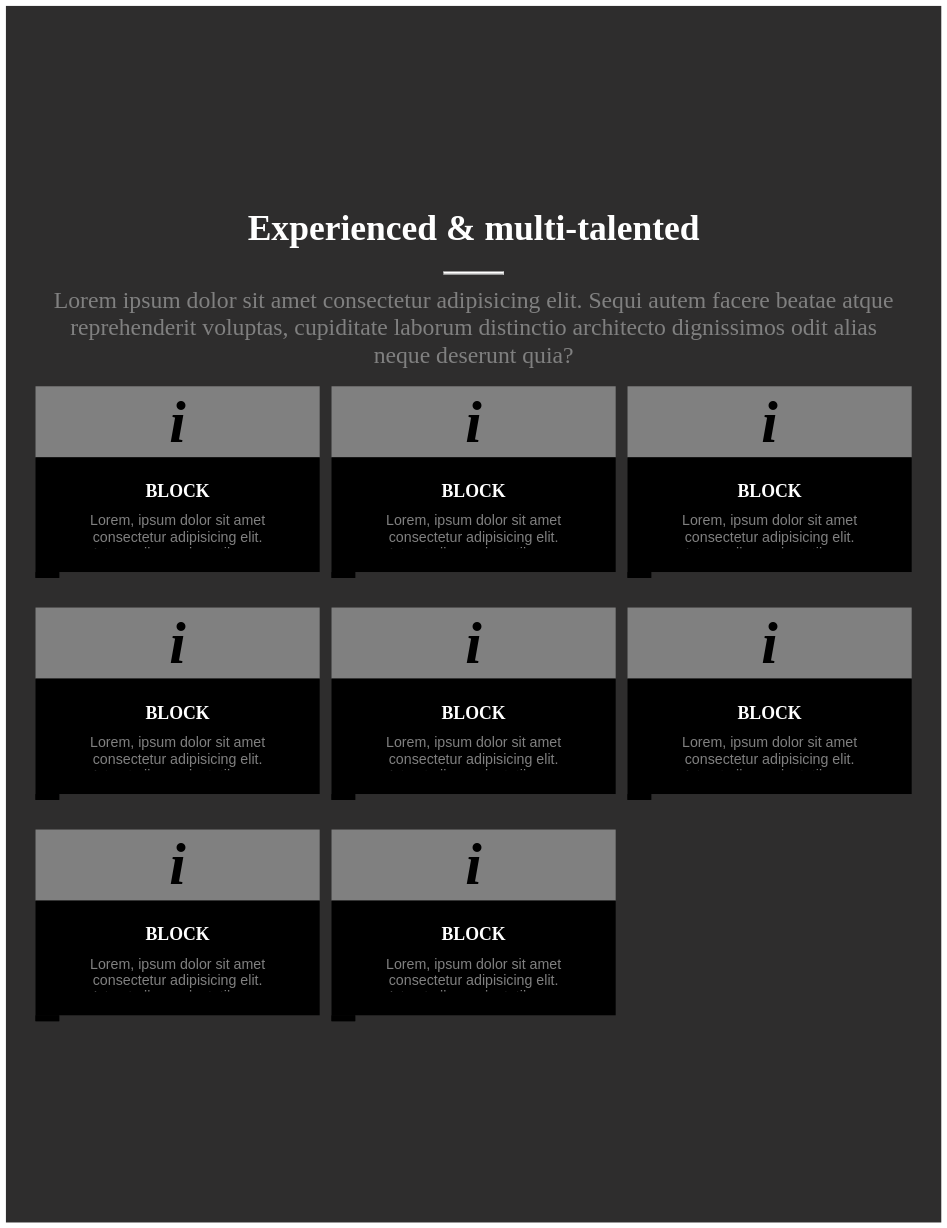
Repository: MohmdMHR/limesharp-test
Page: /
These files come from the project's save history. The page is drawn as it stood at one moment and after the next save; the edit follows.
The browser window is 1280 px wide. The pictures show the whole page, at 74% of full size.
The project was rebuilt for these pictures with package versions that can differ from the ones it lists, and the page was loaded fresh each time. Also part of the build but not shown: vue.config.js.

Above is the page before, as saved 2022-07-20 18:02:56.

### src/main.js
import Vue from "vue";
import Main from "./Main.vue";

Vue.config.productionTip = false;

new Vue({
  render: (h) => h(Main),
}).$mount("#app");

### src/Main.vue
<template>
  <div class="main container">
    <h1 class="main-title">Experienced & multi-talented</h1>
    <hr class="spacer" />
    <div class="main-content">
      Lorem ipsum dolor sit amet consectetur adipisicing elit. Sequi autem
      facere beatae atque reprehenderit voluptas, cupiditate laborum distinctio
      architecto dignissimos odit alias neque deserunt quia?
    </div>
    <div class="cards-container">
      <card
        v-for="(card, index) in numberOfCards"
        :key="index"
        title="block"
      ></card>
    </div>
  </div>
</template>

<script>
import Card from "./components/card.vue";

export default {
  name: "App",
  components: {
    Card,
  },
  data() {
    return {
      numberOfCards: 8,
    };
  },
};
</script>

<style lang="scss" scoped>
.main {
  padding: 15rem 2rem;
  background-color: rgb(46, 45, 45);
}
.main-title {
  color: white;
  text-align: center;
  font-size: 3rem;
}
.spacer {
  border-top: 3px solid white;
  width: 5rem;
}
.main-content {
  color: gray;
  text-align: center;
  margin: 1rem 2rem;
  font-size: 2rem;
}
.cards-container {
  display: grid;
  grid-template-columns: repeat(auto-fit, 25rem);
  justify-content: center;
}
</style>

### src/components/card.vue
<template>
  <div class="card container">
    <div class="card-banner-img">i</div>
    <div class="card-content">
      <h1 class="card-content-title">{{ title }}</h1>
      <p class="card-content-text" :class="{ collapsed: collapsed }">
        Lorem, ipsum dolor sit amet consectetur adipisicing elit. Iste et ullam
        voluptatibus a molestiae deleniti necessitatibus dolor.
      </p>
    </div>

    <div
      class="card-btn"
      :class="{ toggled: collapsed }"
      @click="collapse()"
    ></div>
  </div>
</template>

<script>
export default {
  name: "SingleCard",
  data() {
    return {
      collapsed: false,
    };
  },
  props: {
    title: {
      type: String,
      Default: "Block",
    },
  },
  methods: {
    collapse() {
      this.collapsed = !this.collapsed;
    },
  },
};
</script>

<style lang="scss" scoped>
.card {
  border-radius: 0.5rem;
  position: relative;
  margin: 0.5rem;
}
.card-banner-img {
  overflow: hidden;
  background-color: gray;
  justify-content: center;
  display: flex;
  align-items: center;
  height: 6rem;
  font-weight: bold;
  font-style: italic;
  font-size: 5rem;
}
.card-content {
  background: black;
  padding: 1rem 2rem;
}
.card-content-title {
  color: white;
  text-transform: uppercase;
  text-align: center;

  font-size: 1.5rem;
}
.card-content-text {
  color: gray;
  text-align: center;
  height: 3rem;
  overflow: hidden;
  margin: 1rem 2rem;
  font-family: "proxima-nova", sans-serif;
  font-size: 1.2rem;
  &.collapsed {
    height: 100%;

    position: absolute;
    z-index: 1;
  }
}
.card-btn {
  cursor: pointer;
  height: 2rem;
  position: relative;
  width: 2rem;
  &:before,
  &:after {
    background: black;
    content: "";
    height: 0.5rem;
    left: 0;
    position: absolute;
    top: 0;
    width: 2rem;
    transition: transform 500ms ease;
  }
  &:after {
    transform-origin: center;
  }
  &.toggled {
    &:after {
      transform: rotate(90deg);
    }
    &:before {
      transform: rotate(180deg);
    }
  }
}
</style>

Loaded but not shown: public/index.html (common file)

After the next save:
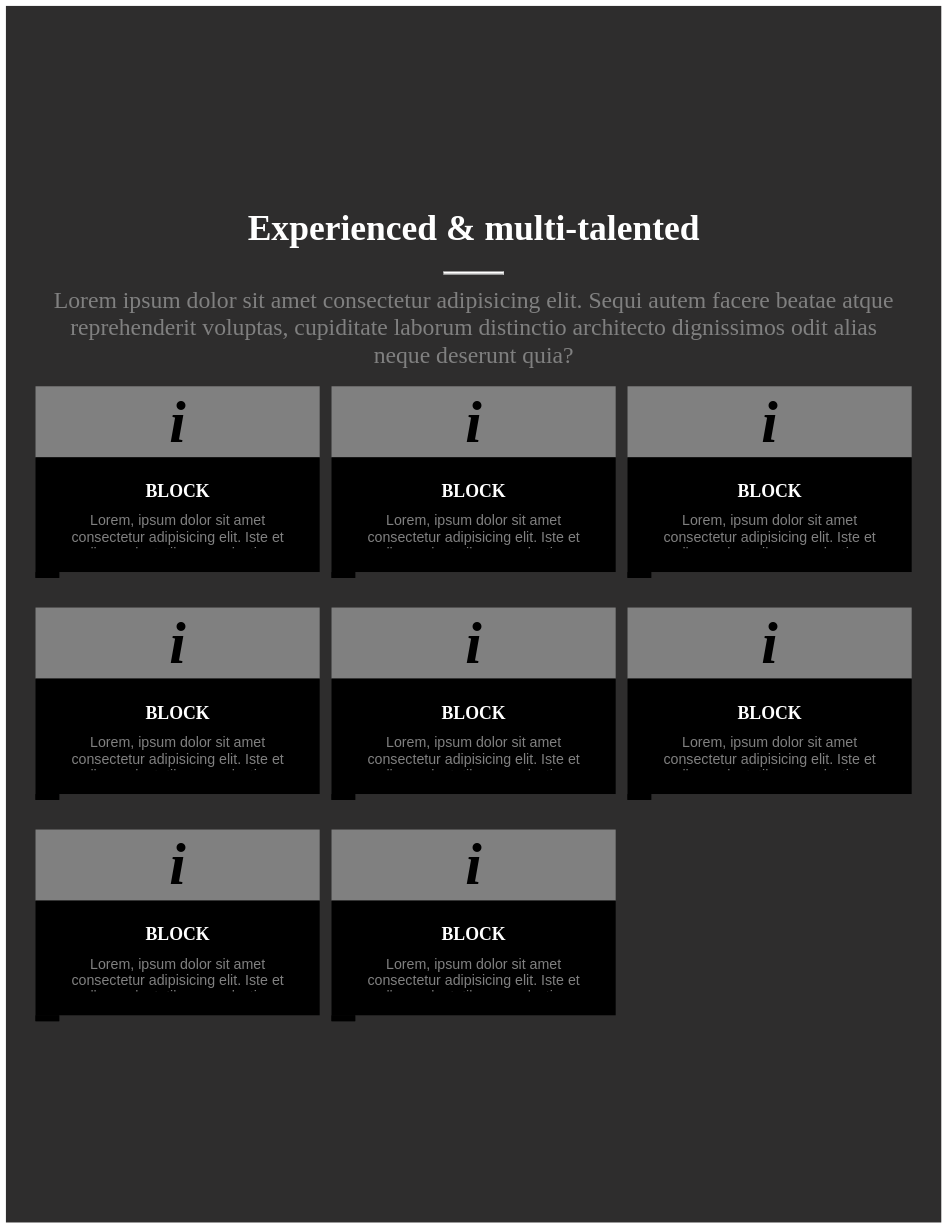
Saved 10 s later.
--- a/src/components/card.vue
+++ b/src/components/card.vue
@@ -72,7 +72,7 @@ export default {
   text-align: center;
   height: 3rem;
   overflow: hidden;
-  margin: 1rem 2rem;
+  margin: 1rem;
   font-family: "proxima-nova", sans-serif;
   font-size: 1.2rem;
   &.collapsed {
